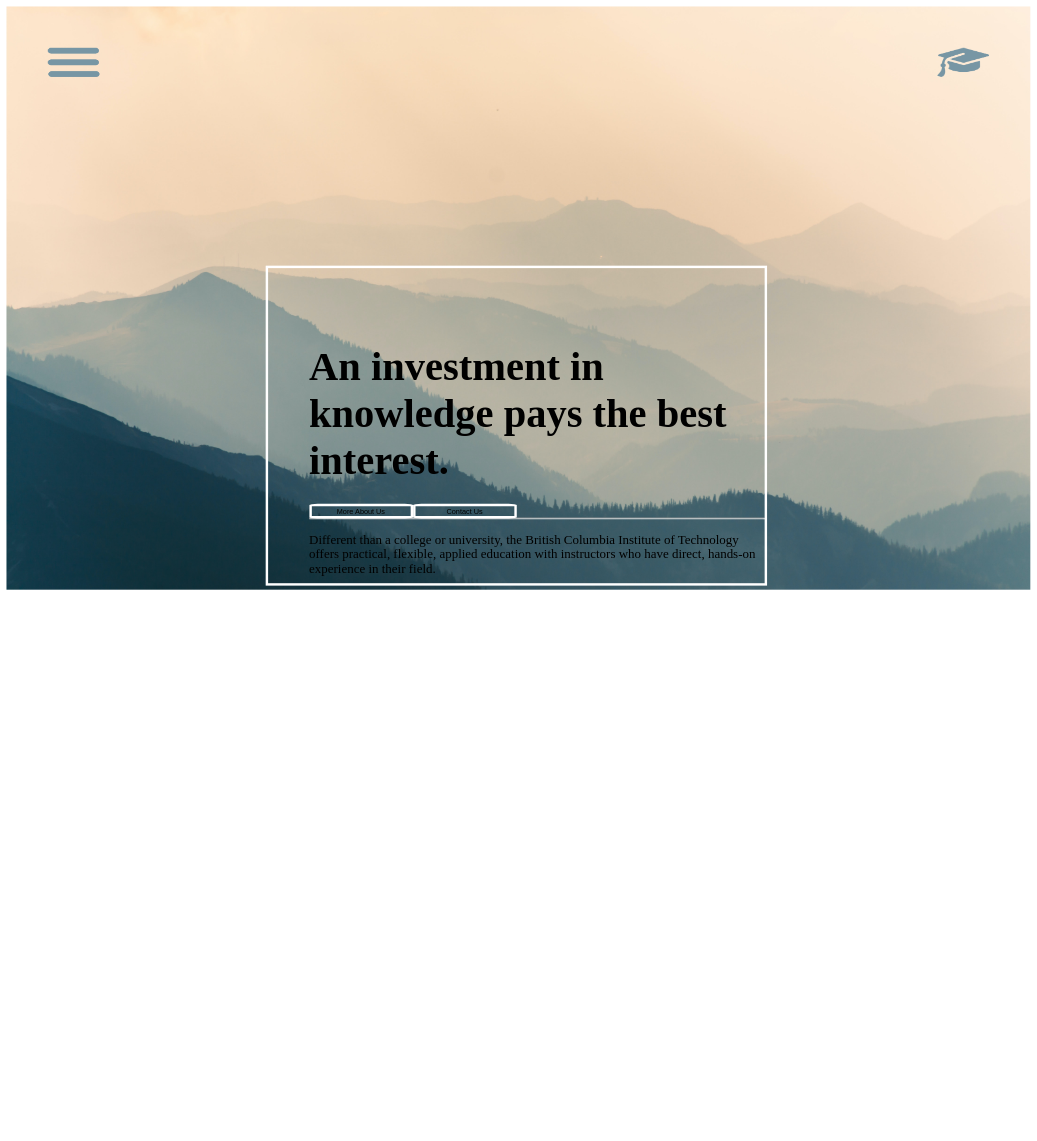
Repository: sierralaurent/MDIA2109-Assignment01
Page: /
These files come from the project's save history. The page is drawn as it stood at one moment and after the next save; the edit follows.
The browser window is 1280 px wide. The pictures show the whole page, at 81% of full size.
The project was rebuilt for these pictures with package versions that can differ from the ones it lists, and the page was loaded fresh each time. The framework's server and built-in components were replaced by stand-ins that run in the browser. Also part of the build but not shown: next.config.js.

Above is the page before, as saved 2023-02-01 16:44:11.

### pages/index.js
import Head from 'next/head'
import Image from 'next/image'
import { Inter } from '@next/font/google'
import styles from '@/styles/Home.module.css'
import Link from 'next/link'

const inter = Inter({ subsets: ['latin'] })

export default function Home() {
  return (
    <>
    <nav>
      <Head>
        <title>Home</title>
        <meta name="author" content="MDIA 2109" />
        <meta property="og:title" content="Assignment #1 - Home Page" />
        <meta property="og:description" content="BCIT Digital Design and Development Diploma" />
        <link rel="icon" href="/favicon.png" />
        </Head>
        <main className={styles.main} >
          <div className={styles.nav}>
            <img src="icons/menu-icon.png" className={styles.icon1}/>
            <img src="icons/graduation-hat.png" className={styles.icon2}/>
          </div>
          <div className={styles.middle}>
            <div className={styles.intro}>
            <h1 className={styles.h1}>An investment in knowledge pays the best interest.</h1>
            <hr></hr>
            <p>Different than a college or university, the British Columbia Institute of Technology offers practical, flexible, applied education with instructors who have direct, hands-on experience in their field.</p>
            </div>
            <div className={styles.buttons}>
            <Link href="/about">
          <button className={styles.butt}>More About Us</button>
        </Link>
        <Link href="/contact">
        <button className={styles.butt}>Contact Us</button>
        </Link>
            </div>
            </div>
          <div className={styles.icon3}>
            <a href="/about">
              <span>
                <img
                src="icons/downwardArrow.png"
                />
              </span>
            </a>
          </div>
        </main>
    </nav>
    </>
  )
}

### styles/Home.module.css
.carouselImage {
  height: 200px;
  background-repeat: no-repeat;
  background-size: cover;
  display: flex;
  justify-content: center;
  align-items: center;
  margin: 40px 0px;
}
.main {
  background-image: url('../public/background-images/backgroundMountain.jpg');
  background-size: cover;
  height: 100vh;
  position: relative;
}

.intro {
  position: absolute;

}

.buttons {
  position: absolute;
  bottom: 5rem;
}
.butt {
  border: 3px solid white;
  border-radius: 8%;
  background-color: transparent;
  width: 10vw;
  height: 2.5vh;
  max-width: 15vw;
  max-height: 5vh;
  font-size: 1.25vh;
}

.h1 {
  font-size: 50px;
}
.p {
  font-size: 30px;
}

.middle {
  position: absolute;
  justify-content: center;
  align-items: center;
  height: 40vh;
  width: 40vw;
  border: 3px solid white;
  top: 20rem;
  left: 20rem;
  padding: 4%;
}

.icon1 {
  width: 5vw;
  height: 5vh;
  float: left;
}
.icon2 {
  width: 5vw;
  height: 5vh;
  float: right;
}
.icon3 {
  width: 5vw;
  height: 5vh;
  float: right;
  padding: 50%;
  padding-right: 10%;
}

.nav {
  padding: 4%;
}

Loaded but not shown: pages/_document.js (common file)

After the next save:
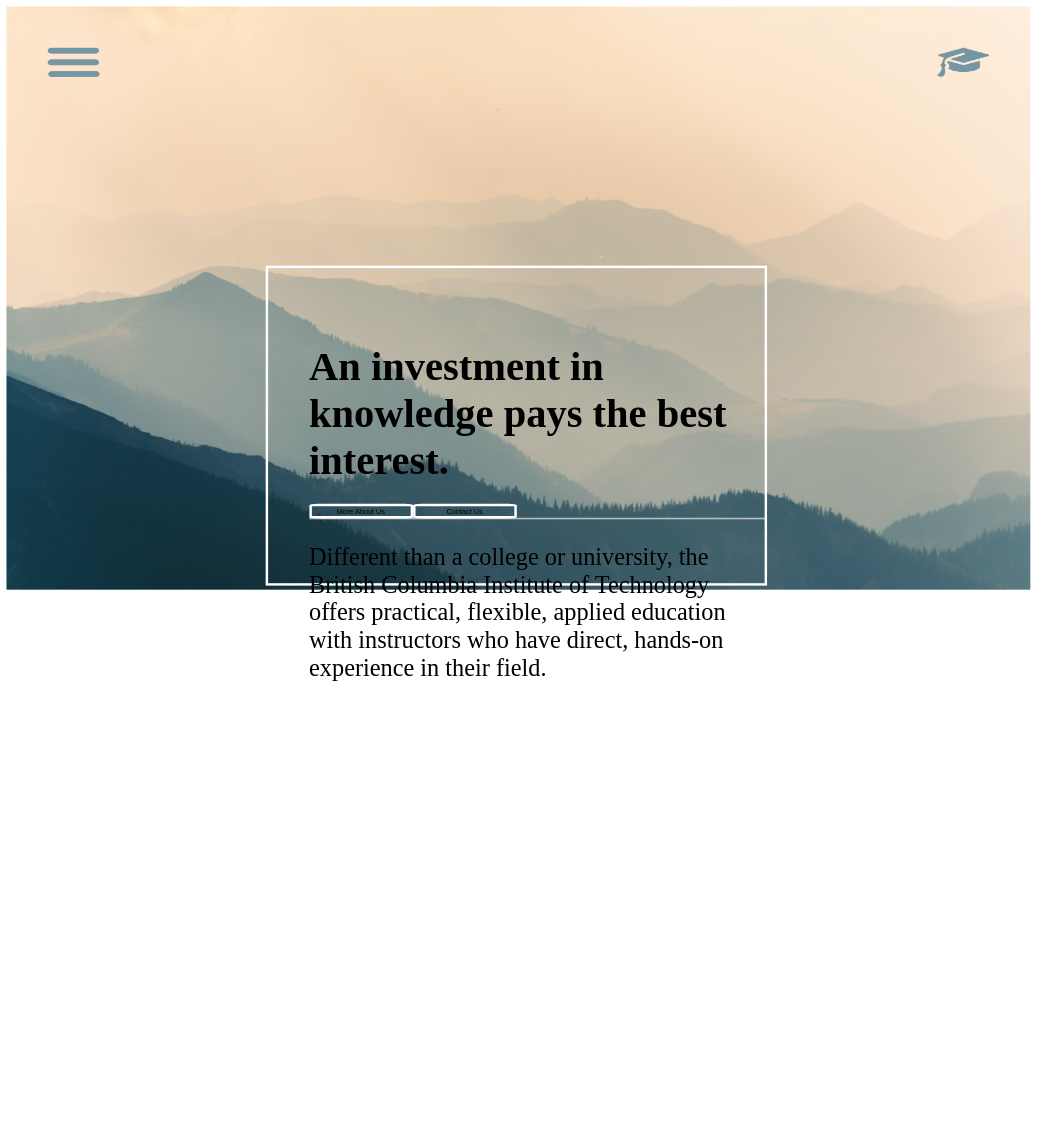
Saved 1 s later.
--- a/pages/index.js
+++ b/pages/index.js
@@ -26,7 +26,7 @@ export default function Home() {
             <div className={styles.intro}>
             <h1 className={styles.h1}>An investment in knowledge pays the best interest.</h1>
             <hr></hr>
-            <p>Different than a college or university, the British Columbia Institute of Technology offers practical, flexible, applied education with instructors who have direct, hands-on experience in their field.</p>
+            <p className={styles.p}>Different than a college or university, the British Columbia Institute of Technology offers practical, flexible, applied education with instructors who have direct, hands-on experience in their field.</p>
             </div>
             <div className={styles.buttons}>
             <Link href="/about">
